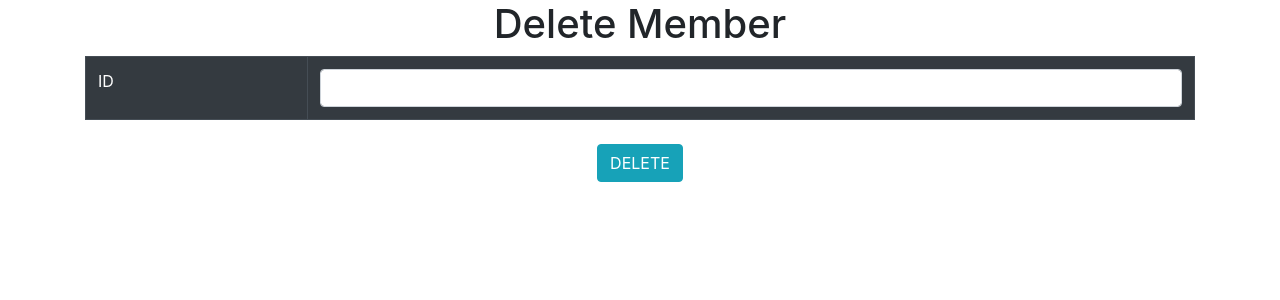
Repository: yeobleeme/06_jsp_basic
Page: http://localhost/jsp02_database/jsp01_connect/jsp04_deleteForm.jsp
The author's editor kept a copy of each file at every save. The page is drawn from the files as they stood at one save, then again after the next save.
The browser window is 1280 px wide. The pictures show the whole page.
The page is served by Tomcat 9. Queries for data that is not in the repository find no rows.

Above is the page before, as saved 2023-05-16 05:45:04.
Console error (its wording comes from the project's code and is left out).

After the next save:
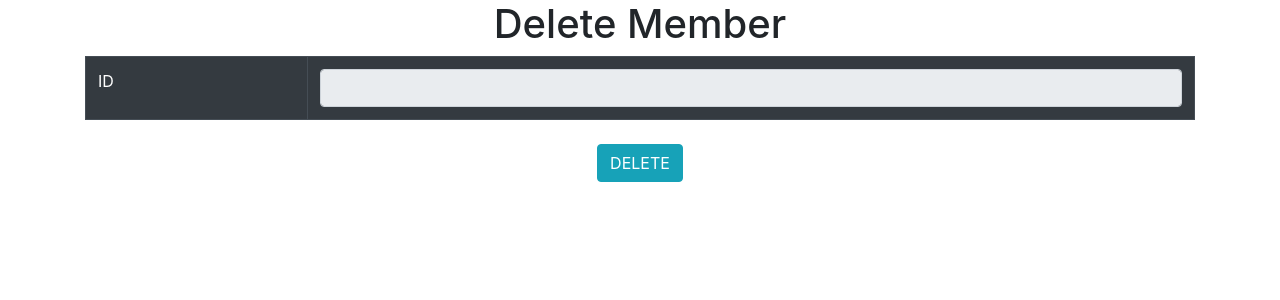
Saved 75 s later.
--- a/jsp02_database/WebContent/jsp01_connect/jsp04_deleteForm.jsp
+++ b/jsp02_database/WebContent/jsp01_connect/jsp04_deleteForm.jsp
@@ -55,7 +55,7 @@
 		<form action="jsp04_deleteMember.jsp" method="post">
 			<table class="table table-bordered table-dark table-hover">
 					<td width="20%">ID</td>
-					<td><input type="text" name="id" class="form-control" size="30" value=""></td>
+					<td><input type="text" name="id" class="form-control" size="30" disabled value=""></td>
 				</tr>
 			</table>
 			<input type="submit" class="btn btn-info mt-sm-2" value="DELETE"/>
